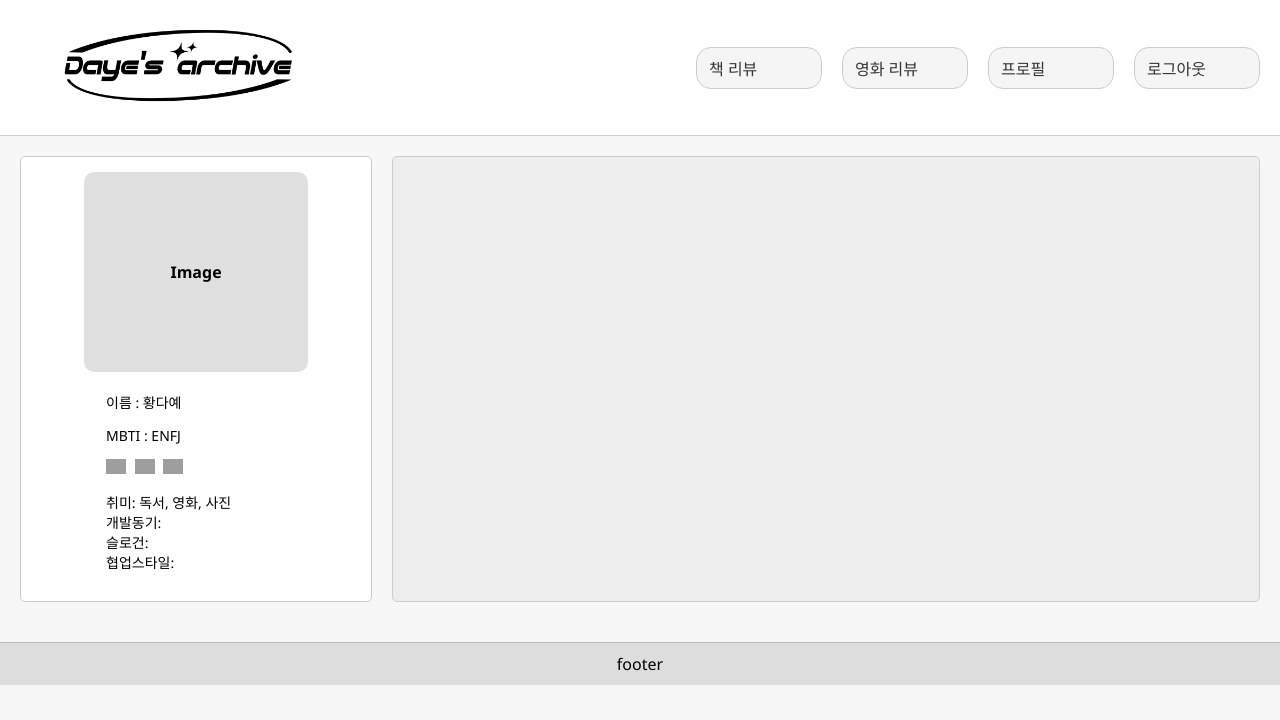
Repository: HWANG-DAYE/spring_project
Page: http://localhost/daye_archive/WEB-INF/views/main.jsp
The author's editor kept a copy of each file at every save. The page is drawn from the files as they stood at one save, then again after the next save.
The browser window is 1280 px wide. The pictures show the whole page.
Pictures or frames that could not be fetched are drawn as grey boxes. The page is served by Tomcat 9. Nobody is signed in. Other server files are loaded and not shown. The template is opened directly, without the code that normally fills it, so the values that code supplies are empty.

Above is the page before, as saved 2025-08-06 06:05:16.

### daye_archive/src/main/webapp/WEB-INF/views/main.jsp
<%@ page language="java" contentType="text/html; charset=UTF-8"
	pageEncoding="UTF-8"%>
<%@ taglib uri="http://java.sun.com/jsp/jstl/core" prefix="c"%>
<!DOCTYPE html>
<html lang="ko">
<head>
<meta charset="UTF-8">
<title>메인 페이지</title>
<style>
body {
	margin: 10px;
	font-family: 'Segoe UI', Tahoma, Geneva, Verdana, sans-serif;
	background-color: #f7f7f7;
}

header {
	display: flex;
	justify-content: space-between;
	align-items: center;
	padding: 10px 20px;
	background-color: #ffffff;
	border-bottom: 1px solid #ccc;
}


.container {
	display: flex;
	padding: 20px;
}

.profile {
	width: 320px;
	background-color: #fff;
	border: 1px solid #ccc;
	padding: 15px;
	border-radius: 5px;
	margin-right: 20px;
	text-align: center;
	align-items: center;
}

.profile .image-box {
	width: 70%;
	height: 200px;
	background-color: #e0e0e0;
	border-radius: 10px;
	margin: 0 auto 10px; /* 가운데 정렬을 위해 수정 */
	display: flex;
	justify-content: center;
	align-items: center;
	font-weight: bold;
}

.profile .info {
	text-align: left;
	font-size: 14px;
	margin-top: 20px;
	margin-left: 70px;
}

.profile .sns {
	margin: 8px 0;
}

.profile .sns img {
	width: 20px;
	margin-right: 5px;
}

.content {
	flex: 1;
	background-color: #eeeeee;
	border: 1px solid #ccc;
	border-radius: 5px;
	min-height: 400px;
}

footer {
	text-align: center;
	padding: 10px;
	background-color: #ddd;
	border-top: 1px solid #bbb;
	margin-top: 20px;
}
</style>
</head>
<body>

	<header>
		<jsp:include page="navi.jsp" />
	</header>

	<div class="container">
		<div class="profile">
			<div class="image-box">Image</div>
			<div class="info">
				<p>이름 : 황다예</p>
				<p>MBTI : ENFJ</p>
				<div class="sns">
					<img src="img/github.png" alt="GitHub"> <img
						src="img/velog.png" alt="Velog"> <img src="img/notion.png"
						alt="Notion">
				</div>
				<p>
					취미: 독서, 영화, 사진<br> 개발동기: <br> 슬로건: <br> 협업스타일:
				</p>
			</div>
		</div>

		<div class="content">
			<!-- 중앙 컨텐츠 영역 -->
		</div>
	</div>

	<footer> footer </footer>

</body>
</html>

### daye_archive/src/main/webapp/WEB-INF/views/navi.jsp
<%@ page language="java" contentType="text/html; charset=UTF-8"
	pageEncoding="UTF-8"%>
<!DOCTYPE html>
<html>
<head>
<meta charset="UTF-8">
<title>Insert title here</title>
<style>
body {
	margin: 0;
	font-family: 'Segoe UI', Tahoma, Geneva, Verdana, sans-serif;
	background-color: #f7f7f7;
}

header {
	display: flex;
	align-items: center;
	padding: 10px 20px;
	background-color: #ffffff;
	border-bottom: 1px solid #ccc;
}

.logo-img {
	height: 80px;
	padding: 15px 40px;
	object-fit: contain;
}

.container {
	display: flex;
	padding: 20px;
}

.nav-links {
	display: flex;
	gap: 20px;
}

.nav-links a {
	width: 100px;
	heigh: 50px;
	text-decoration: none;
	color: #333;
	padding: 8px 12px;
	border-radius: 15px;
	border: 1px solid #ccc;
	background-color: #f5f5f5;
	transition: background-color 0.2s;
}

.nav-links a:hover {
	background-color: #e0e0e0;
}
</style>
</head>
<body>
	<!-- navi.jsp -->
	<div class="logo">
		<a href="main.jsp"> <img
			src="${pageContext.request.contextPath}/resources/images/logo1.png"
			alt="Logo" class="logo-img">
		</a>
	</div>

	<nav class="nav-links">
		<a href="bookList.jsp">책 리뷰</a> <a href="movieList.jsp">영화 리뷰</a> <a
			href="profile.jsp">프로필</a> <a href="logout.jsp">로그아웃</a>
	</nav>


</body>
</html>

After the next save:
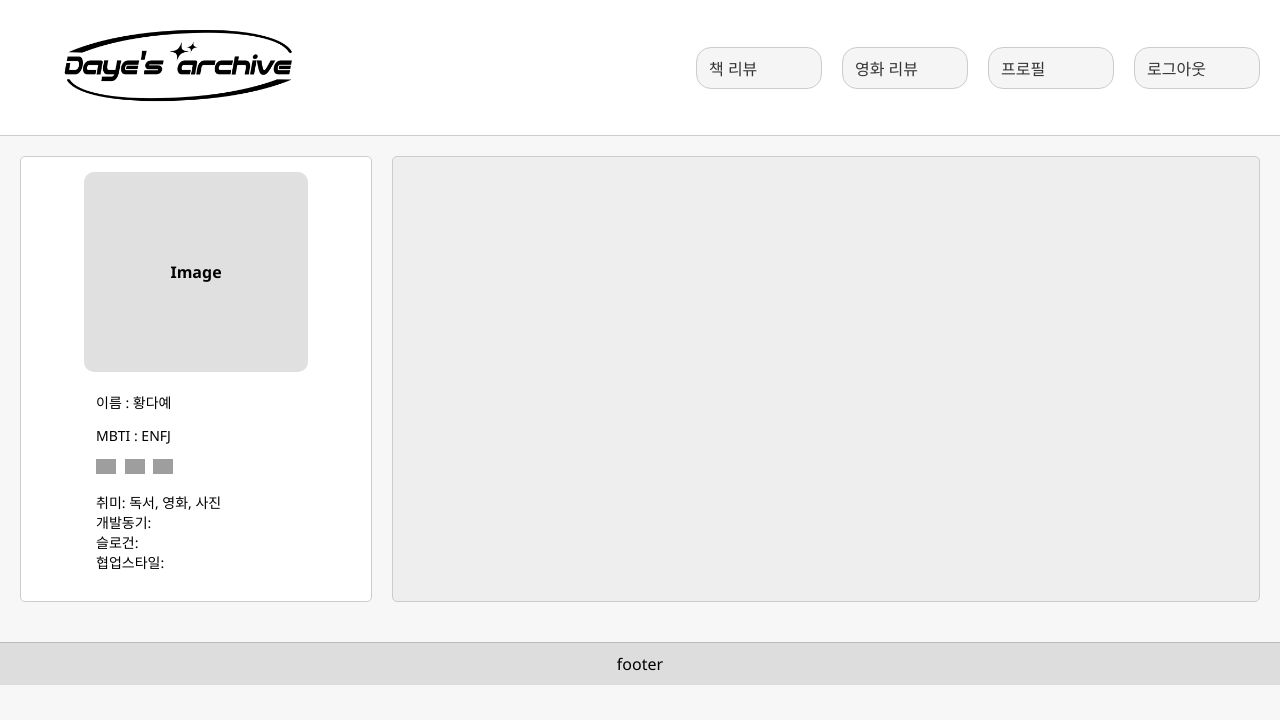
Saved 51 s later.
--- a/daye_archive/src/main/webapp/WEB-INF/views/main.jsp
+++ b/daye_archive/src/main/webapp/WEB-INF/views/main.jsp
@@ -55,7 +55,7 @@ header {
 	text-align: left;
 	font-size: 14px;
 	margin-top: 20px;
-	margin-left: 70px;
+	margin-left: 60px;
 }
 
 .profile .sns {
